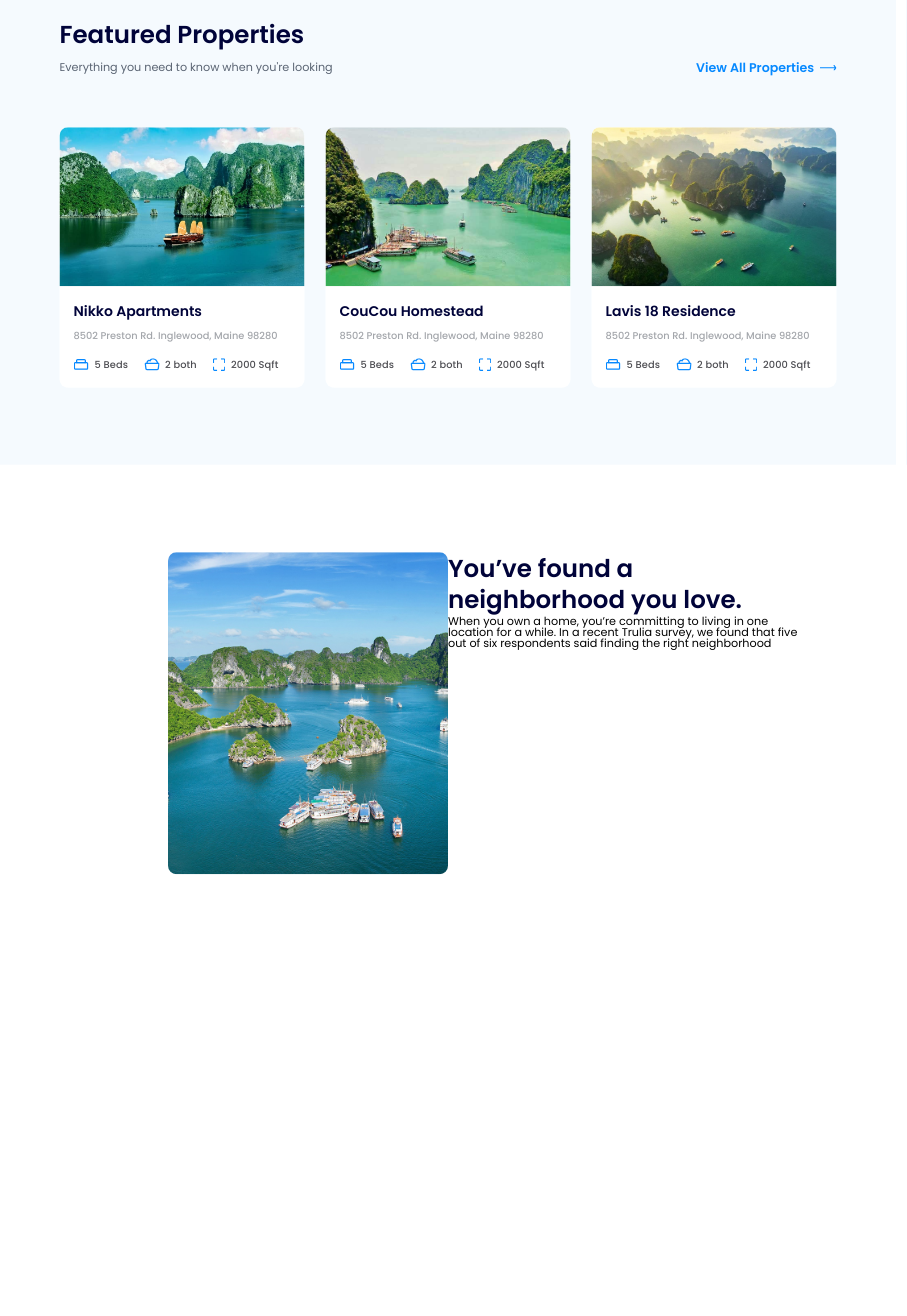
Repository: anhtien111198/f8-htmlcss-01
Page: index.html
The author's editor kept a copy of each file at every save. The page is drawn from the files as they stood at one save, then again after the next save.
The browser window is 1280 px wide. The page is 1295 px wide, so the pictures cover 1295 px, including what lies to the right of the window. The pictures show the part of the page from y = 1857 to 3737 px (the page is 10000 px tall), at 70% of full size.

Above is the page before, as saved 2023-04-30 15:12:56.

After the next save:
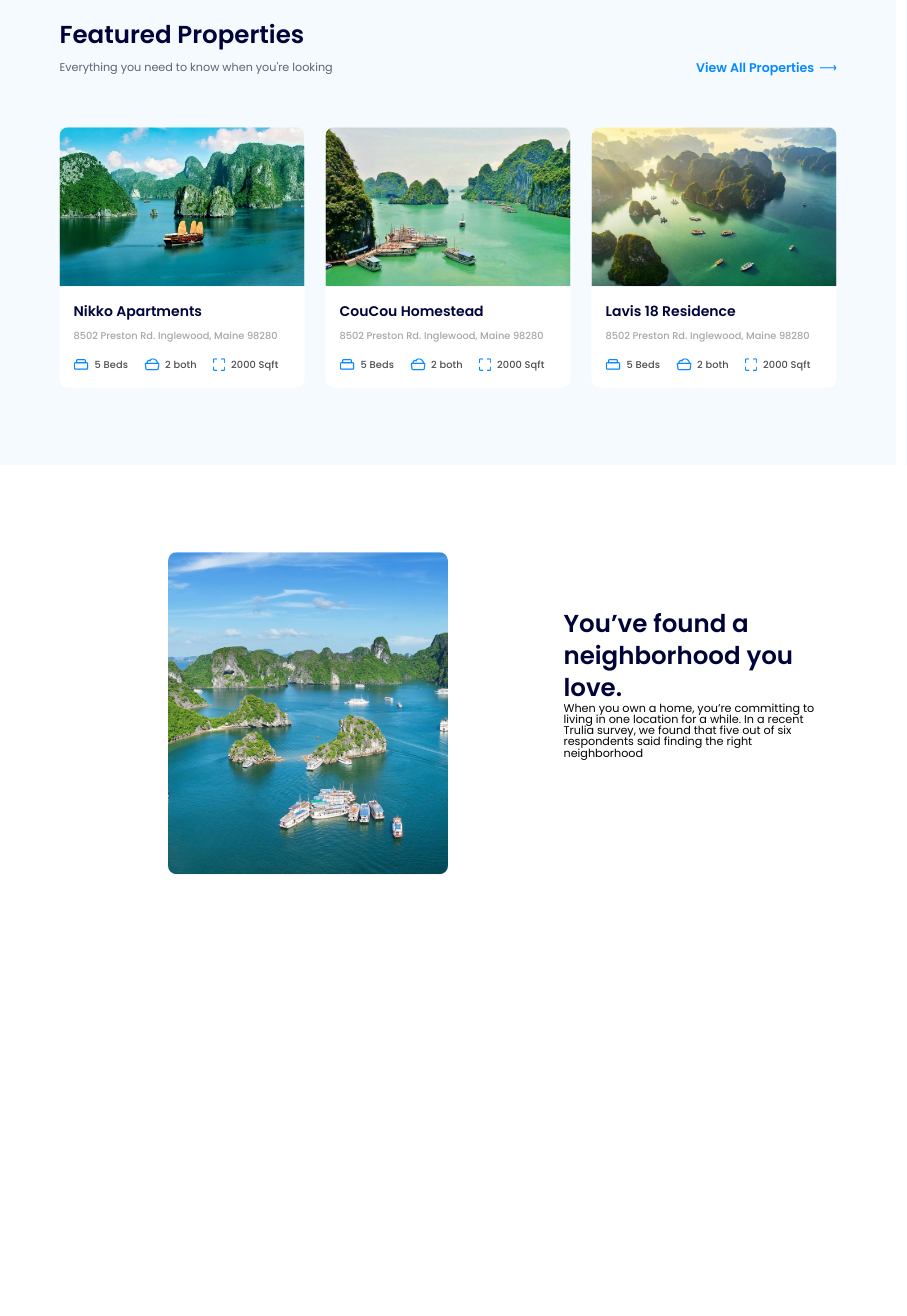
Saved 18 s later.
--- a/assets/css/styles.css
+++ b/assets/css/styles.css
@@ -326,7 +326,7 @@
     border-radius: 12px;
 }
 .stats .info {
-    padding-top: 79px 0 0 165px;
+    padding: 79px 0 0 165px;
 }
 .stats .sub-title {
     font-weight: 600;
